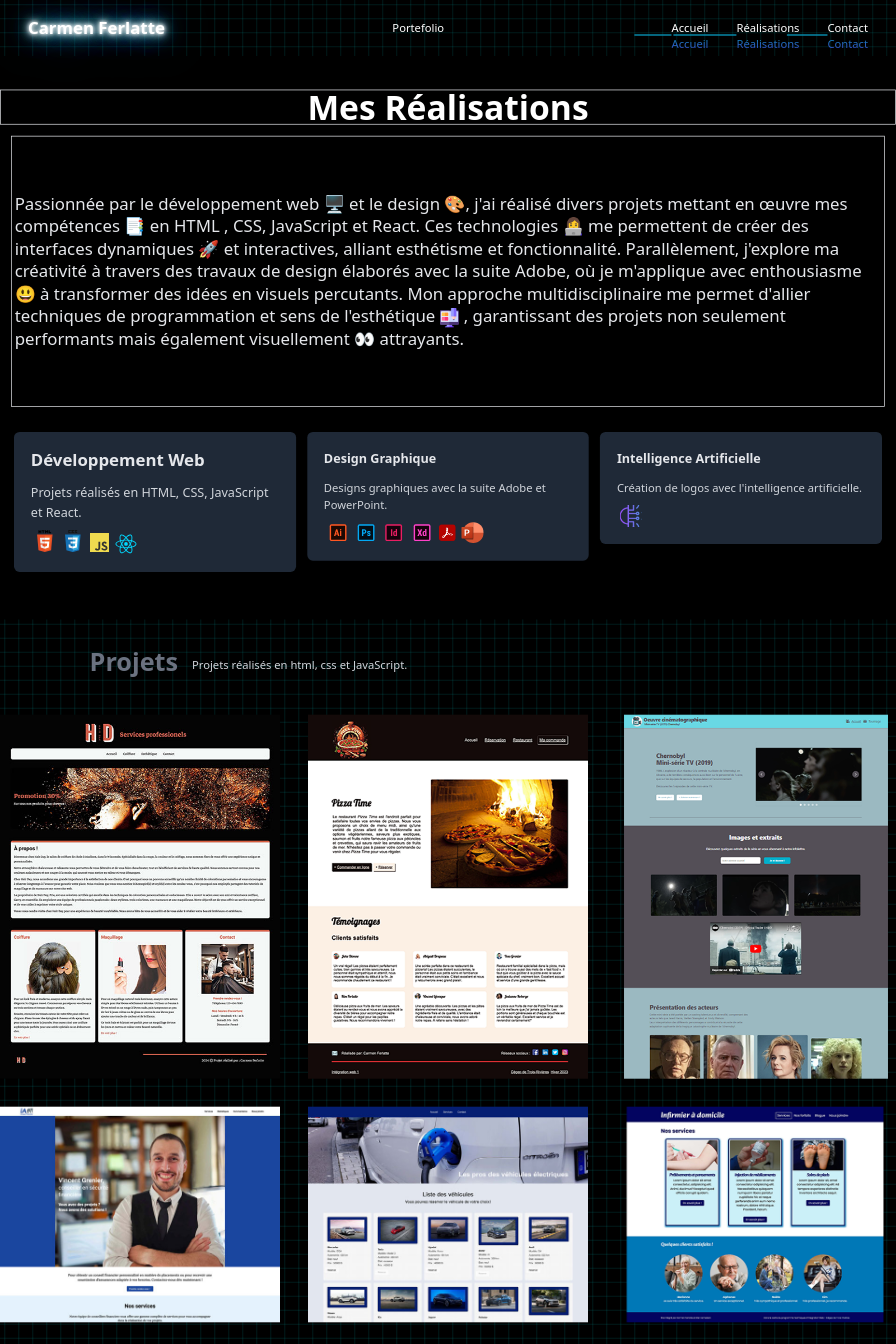
Repository: CarmenFerlatte/TP3__FerlatteCarmen
Page: realisations.html
An editor plug-in stored every save of this project. The page is shown before and after a run of saves, followed by the edit.
The browser window is 1280 px wide. The pictures show the part of the page from y = 0 to 1920 px (the page is 2937 px tall), at 70% of full size.
Some web libraries are served in a nearby version. The style sheet was rebuilt from its Sass, Less or Tailwind sources for each picture, by a compiler version that may differ from the author's.

Above is the page before, as saved 2024-08-22 11:27:32.
Console error: TypeError: Cannot read properties of null (reading 'addEventListener')

### realisations.html
<!DOCTYPE html>
<html lang="fr-ca">
<head>
    <meta charset="UTF-8">
    <meta name="viewport" content="width=device-width, initial-scale=1.0">
    <link href="https://cdn.jsdelivr.net/npm/tailwindcss@2.2.19/dist/tailwind.min.css" rel="stylesheet">
    <title>Mon Portefolio</title>
    <script src="https://cdn.tailwindcss.com"></script>
    <link href="https://cdn.jsdelivr.net/npm/tailwindcss@2.2.19/dist/tailwind.min.css" rel="stylesheet">
    <link rel="stylesheet" href="https://cdnjs.cloudflare.com/ajax/libs/font-awesome/6.4.0/css/all.min.css">
    <link rel="stylesheet" href="style/css/style.css">
    <link rel="apple-touch-icon" sizes="180x180" href="img/favicons/apple-touch-icon.png">
    <link rel="icon" type="image/png" sizes="32x32" href="img/favicons/favicon-32x32.png">
    <link rel="icon" type="image/png" sizes="16x16" href="img/favicons/favicon-16x16.png">
    <link rel="manifest" href="img/favicons/site.webmanifest">
    <script src="https://code.jquery.com/jquery-3.6.0.min.js"></script>
    <script src="js/navbar.js" defer></script>
    <script src="js/script.js" defer></script>
    <script src="js/header.js" defer></script>
    <script src="js/install.js" defer></script>
    <script>
        $(function(){
            $("#header").load("assets/php/header.html");
            $("#footer").load("assets/php/footer.html");
        });
    </script>
</head>

<body class="bg-black text-white h-dvh">
    <header id="header"></header>

<main>
    <section class="md:h-full bg-black text-white py-8 sm:py-11 lg:py-12">
         <h1 class="text-2xl md:text-3xl lg:text-4xl xl:text-5xl font-bold text-center mt-20 border">Mes Réalisations</h1>
    <div class="container flex justify-center items-center mx-auto px-4 py-10 sm:py-20 md:py-4">

        <p class="text-sm sm:text-md md:text-base lg:text-1xl xl:text-2xl leading-6 text-left lg:py-20 px-5 md:px-2 lg:px-1 2xl:px-0 text-gray-200 border">Passionnée par le développement web 🖥  et le design 🎨, j'ai réalisé divers projets mettant en œuvre mes compétences 📑  en HTML , CSS, JavaScript et React. Ces technologies 👩‍💻 me permettent de créer des interfaces dynamiques 🚀 et interactives, alliant esthétisme et fonctionnalité. Parallèlement, j'explore ma créativité à travers des travaux de design élaborés avec la suite Adobe, où je m'applique avec enthousiasme 😃  à transformer des idées en visuels percutants. Mon approche multidisciplinaire me permet d'allier techniques de programmation et sens de l'esthétique <span><img class="w-7 inline-block align-middle" src="img/icons/design_web.svg" alt="icone design web"></span> , garantissant des projets non seulement performants mais également visuellement 👀 attrayants.  </p>

    </div>

<div class="container mx-auto px-4 py-1 md:py-5 md:mb-0 mt-[-10px] md:mt-0">
    <div class="grid grid-cols-12 gap-4 flex items-stretch px-5 md:px-2 lg:px-1">
        <div class="col-span-12 md:col-span-6 lg:col-span-4">
            <a href="#projets" title="Voir les projets">
                <div class="relative group cursor-pointer bg-gray-800 p-6 rounded-lg shadow-lg hover:bg-gray-700 hover:shadow-xl transition duration-300">
                    <h3 class="text-lg md:text-1xl lg:text-2xl font-bold text-gray-200">Développement Web</h3>
                    <p class="text-base md:text-lg lg:text-1xl  text-gray-300 mt-4 mb-1">Projets réalisés en HTML, CSS, JavaScript et React.</p>
                    <p class="flex">
                        <img src="img/icons/html5_icon.svg" alt="HTML5 icône" class="w-8 h-8 mt-2 mx-1">
                        <img src="img/icons/css3_icon.svg" alt="CSS3 icône" class="w-8 h-8 mt-2 mx-1">
                        <img src="img/icons/javascript_icon.svg" alt="JavaScript icône" class="w-7 h-7 mt-3 mx-1">
                        <img src="img/icons/react_native_icon.svg" alt="React icône" class="w-8 h-8 mt-3 mx-1">
                    </p>
                </div>
            </a>
        </div>

        <div class="col-span-12 md:col-span-6 lg:col-span-4 flex flex-col">
            <a href="#galerie" title="Voir les designs" class="flex-grow">
                <div class="relative group cursor-pointer bg-gray-800 p-6 rounded-lg shadow-lg hover:bg-gray-700 hover:shadow-xl transition duration-300 flex flex-col">
                    <h3 class="sm:text-lg md:text-1xl text-2xl font-bold text-gray-200 group">Design Graphique</h3>
                    <p class="text-gray-300 mt-4 mb-1">Designs graphiques avec la suite Adobe et PowerPoint.</p>
                    <div class="flex">
                        <img src="img/icons/adobe-illustrator_icon.svg" alt="Illustrator icône" class="w-8 h-8 mt-2 mx-1">
                        <img src="img/icons/adobe_photoshop_icon.svg" alt="Photoshop icône" class="w-8 h-8 mt-2 mx-1">
                        <img src="img/icons/adobe_indesign_icon.svg" alt="InDesign icône" class="w-8 h-8 mt-2 mx-1">
                        <img src="img/icons/adobe-xd_icon.svg" alt="XD icône" class="w-8 h-8 mt-2 mx-1">
                        <img src="img/icons/Adobe_Acrobat_Reader_icon.svg" alt="Acrobat Reader icône" class="w-6 h-6 mt-3 mx-1">
                        <img src="img/icons/microsoft_powerpoint_icon.svg" alt="PowerPoint icône" class="w-8 h-8 mt-2 mx-1">
                    </div>
                </div>
            </a>
        </div>

        <div class="col-span-12 md:col-span-6 lg:col-span-4 flex flex-col">
            <a href="#galerie" title="Voir les projets" class="flex-grow">
                <div class="relative group cursor-pointer bg-gray-800 p-6 rounded-lg shadow-lg hover:bg-gray-700 hover:shadow-xl transition duration-300 flex flex-col">
                    <h3 class="sm:text-lg md:text-1xl text-2xl font-bold text-gray-200">Intelligence Artificielle</h3>
                    <p class="text-gray-300 mt-4 mb-1">Création de logos avec l'intelligence artificielle.</p>
                    <div class="flex">
                        <img src="img/icons/intelligence_artificielle_icon.svg" alt="PowerPoint icône" class="w-8 h-8 mt-2 mx-1">
                    </div>
                </div>
            </a>
        </div>
    </div>
</div>


    </section>

    <section class="cyber-grid md:mt-auto">
        <div class="max-w-screen-sm md:max-w-screen-md lg:max-w-screen-lg 2xl:max-w-screen-2xl mx-auto flex inlign-flex align-items pt-10"><h2 id="projets" class="text-2xl md:text-3xl lg:text-4xl font-bold text-gray-500 lg:text-3xl dark:text-white ml-10 sm:ml-0">Projets</h2>
        <p class="hidden max-w-screen-sm text-1xl text-gray-300 dark:text-gray-300 md:block pt-3 pl-5">
                Projets réalisés en html, css et JavaScript.
                </p></div>
    <div class="container mx-auto py-8 md:mt-2 px-2 md:px-2 lg:px-0">

        <div class="grid grid-cols-1 md:grid-cols-2 lg:grid-cols-3 gap-10 p-4 w-full mx-auto place-items-start px-10 sm:px-0">
            <img class="hover:opacity-75" src="img/screenshots/2024__projet__salon_de_coiffure.jpg" alt="image">
            <img class="hover:opacity-75" src="img/screenshots/2024__projet__restaurant.png" alt="image">
            <img class="hover:opacity-75" src="img/screenshots/2024__projet_cinema.png" alt="image">
            <img class="hover:opacity-75" src="img/screenshots/2024__projet__vincent_grenier_w600.jpg" alt="image">
            <img class="hover:opacity-75" src="img/screenshots/mon_premier_projet_react.jpg" alt="image">
            <img class="hover:opacity-75" src="img/screenshots/2023__projet__soins_infirmiers.png" alt="image">
        </div>
    </div>
</section>
    <section class="dark:bg-gray-800 h-full pt-16">
        <div class="flex items-center gap-12 max-w-screen-sm md:max-w-screen-md lg:max-w-screen-lg 2xl:max-w-screen-2xl mx-auto mb-0">
                <h2 id="galerie" class="text-2xl md-text-3xl lg:text-4xl font-bold text-gray-500 dark:text-white">Galerie</h2>

                <p class="hidden max-w-screen-sm text-1xl text-gray-300 dark:text-gray-300 md:block">
                Mes designs graphiques avec Adobe Illustrator, InDesign, Photoshop et PowerPoint de Microsoft Office.
                </p>
            </div>
    <div class="mx-auto h-auto max-w-screen-2xl px-4 md:px-8 mb-16 mt-[-40px] md:mt-auto">

        <div class="mb-4 flex items-center justify-between gap-8 sm:mb-8 md:mb-12">


            <!-- <a href=""
                class="inline-block rounded-lg border bg-white dark:bg-gray-700 dark:border-none px-4 py-2 text-center text-sm font-semibold text-gray-500 dark:text-gray-200 outline-none ring-indigo-300 transition duration-100 hover:bg-gray-100 focus-visible:ring active:bg-gray-200 md:px-8 md:py-3 md:text-base">
                More
            </a> -->
        </div>

        <div class="grid grid-cols-1 md:grid-cols-2 lg:grid-cols-3 mx-10 gap-4 md:gap-6 xl:gap-8">
            <!-- image - start -->
            <a href="https://le-redacteur-sportif.ca/harricana_trail_2023.html" title="Le Rédacteur Sportif" target="_blank" rel="noopener noreferrer"
                class="group relative flex items-end h-72 md:h-80 overflow-hidden rounded-lg bg-gray-100 shadow-lg">
                <img src="img/design/harricana_trail_80km__charlevoix__Vincent_Greniert.jpg" loading="lazy" alt="Projet Carmen Ferlatte Adobe InDesign (brochure)" class="absolute inset-0 h-full w-full object-cover object-center transition duration-200 group-hover:scale-110">

                <div
                    class="pointer-events-none absolute inset-0 bg-gradient-to-t from-gray-800 via-transparent to-transparent opacity-50">
                </div>

                <span class="relative ml-4 mb-3 inline-block text-sm text-white md:ml-5 md:text-lg">PowerPoint</span>
            </a>
            <!-- image - end -->

            <!-- image - start -->
            <div
                class="group relative flex items-end h-72 md:h-48 overflow-hidden rounded-lg bg-gray-100 shadow-lg md:h-80">
                <img src="img/design/05__affiche_bungee__Carmen_Ferlatte.jpg" loading="lazy" alt="Projet Carmen Ferlatte Adobe Illustrator (affiche)" class="absolute inset-0 h-full w-full object-cover object-center transition duration-200 group-hover:scale-110">

                <div
                    class="pointer-events-none absolute inset-0 bg-gradient-to-t from-gray-800 via-transparent to-transparent opacity-50">
                </div>

                <span class="relative ml-4 mb-3 inline-block text-sm text-white md:ml-5 md:text-lg">Illustrator + Photoshop + Mockup</span>
            </div>
            <!-- image - end -->

            <!-- image - start -->
            <div
                class="group relative flex items-end h-72 md:h-48 overflow-hidden rounded-lg bg-gray-100 shadow-lg md:h-80">
                <img src="img/design/exercice_inDesign__Carmen_Ferlatte.jpg" loading="lazy" alt="Photo by Magicle" class="absolute inset-0 h-full w-full object-cover object-center transition duration-200 group-hover:scale-110">

                <div
                    class="pointer-events-none absolute inset-0 bg-gradient-to-t from-gray-800 via-transparent to-transparent opacity-50">
                </div>

                <span class="relative ml-4 mb-3 inline-block text-sm text-white md:ml-5 md:text-lg">InDesign</span>
            </div>
            <!-- image - end -->

            <!-- image - start -->
            <a href="https://le-redacteur-sportif.ca/harricana_trail_2023.html" title="Le Rédacteur Sportif" target="_blank" rel="noopener noreferrer"
                class="group relative flex items-end h-72 md:h-48 overflow-hidden rounded-lg bg-gray-100 shadow-lg md:h-80">
                <img src="img/design/casquette__RS__w1200.jpg" loading="lazy" alt="Affiche médias sociaux PowerPoint / Carmen Ferlatte" class="absolute inset-0 h-full w-full object-cover object-center transition duration-200 group-hover:scale-110">

                <div
                    class="pointer-events-none absolute inset-0 bg-gradient-to-t from-gray-800 via-transparent to-transparent opacity-50">
                </div>

                <span class="relative ml-4 mb-3 inline-block text-sm text-white md:ml-5 md:text-lg">Photoshop + Mockup</span>
            </a>
            <!-- image - end -->

            <!-- image - start -->
            <div
                class="group relative flex h-72 md:h-48 items-end overflow-hidden rounded-lg bg-gray-100 shadow-lg md:h-80">
                <img src="img/design/projet__brochure__spa__450x345.jpg" loading="lazy" alt="Brochure InDesign et Mockup / Carmen Ferlatte" class="absolute inset-0 h-full w-full object-cover object-center transition duration-200 group-hover:scale-110">

                <div
                    class="pointer-events-none absolute inset-0 bg-gradient-to-t from-gray-800 via-transparent to-transparent opacity-50">
                </div>

                <span class="relative ml-4 mb-3 inline-block text-sm text-white md:ml-5 md:text-lg">InDesign / Mockup</span>
            </div>
            <!-- image - end -->
             <!-- image - start -->
            <div
                class="group relative flex h-72 md:h-48 items-end overflow-hidden rounded-lg bg-gray-100 shadow-lg md:h-80">
                <img src="img/design/logo_colley_carmen_ferlatte.jpg" loading="lazy" alt="Logo fait avec l'Intélligence artificielle / Carmen Ferlatte" class="absolute inset-0 h-full w-full object-cover object-center transition duration-200 group-hover:scale-110">

                <div
                    class="pointer-events-none absolute inset-0 bg-gradient-to-t from-gray-800 via-transparent to-transparent opacity-50">
                </div>

                <span class="relative ml-4 mb-3 inline-block text-sm text-white md:ml-5 md:text-lg">Intélligence artificielle</span>
            </div>
            <!-- image - end -->
        </div>
    </div>
</section>
</main>

   <footer id="footer" class="block clear-both mt-16"></footer>
</body>
</html>

### js/install.js
// Description: Script pour l'installation de la PWA

let deferedInstallPrompt = null;
    const installButton = document.getElementById('butInstall');

    installButton.addEventListener('click', installPWA);

    window.addEventListener('beforeInstallPrompt', afficherButtonInstall);

    function afficherBoutonInstall(evt) {
        deferedInstallPrompt = evt;
        installButton.removeAttribute('hidden');
    }

    function installPWA(evt) {
        deferedInstallPrompt.prompt();
        evt.srcElement.setAttribute('hidden', true);
        deferedInstallPrompt.userChoice
            .then((choice) => {
                if (choice.outcome === 'accepted') {
                    console.log("L'usager a installé la PWA VIA le mon bouton d'installation", choice);
                } else {
                    console.log("Lusager a refusé l'installation de la PWA VIA le boutton d'installation", choice);
                }
                deferedInstallPrompt = null;
            });

        function logAppInstalled(evt) {
            console.log("L'usager a installé la PWA VIA Les ... de Chrome");
    }
 };

### assets/php/header.html
<header>
  <nav class="bg-animated cyber-grid fixed w-full z-50">
    <div class="w-full mx-auto px-6 md:px-10">
      <div class="flex justify-between items-center py-6">
        <a
          href="index.html"
          class="text-xl sm:text-1xl lg:text-2xl font-bold neon-text glitch-effect"
          data-text="Carmen Ferlatte"
          >Carmen Ferlatte</a
        >
        <label for="menu-toggle">Portefolio</label>
        <input type="checkbox" id="menu-toggle" class="hidden" />
        <label for="menu-toggle" class="menu-icon cursor-pointer md:hidden">
          <span class="hamburger"></span>
        </label>
        <ul class="menu hidden md:flex md:items-center space-x-10">
          <li>
            <a href="index.html" class="nav-link" data-text="Accueil"
              >Accueil</a
            >
          </li>
          <li>
            <a
              href="realisations.html"
              class="nav-link"
              data-text="Réalisations"
              >Réalisations</a
            >
          </li>
          <li>
            <a href="contact.html" class="nav-link" data-text="Contact"
              >Contact</a
            >
          </li>
          <!-- <li><a href="#" class="bg-gradient-to-r from-cyan-500 to-blue-500 text-white font-bold py-2 px-4 rounded hover:from-cyan-600 hover:to-blue-600 transition-all duration-300">Sign Up</a></li> -->
        </ul>
      </div>
    </div>
  </nav>
</header>

### assets/php/footer.html
<footer class="cyber-grid">
    <div class="container mx-auto px-4 py-10">
        <p class="text-center text-white">© 2024 Carmen Ferlatte. Tous droits réservés.</p>
   </div>
</footer>

### style/sass/style.scss
@use "navbar" as *;

### style/sass/_navbar.scss
@keyframes neon-pulse {
    0%, 100% {
        text-shadow: 0 0 5px #fff, 0 0 10px #fff, 0 0 15px #fff, 0 0 20px #0891b2, 0 0 35px #0891b2, 0 0 40px #0891b2, 0 0 50px #0891b2, 0 0 75px #0891b2;
    }
    50% {
        text-shadow: 0 0 2px #fff, 0 0 5px #fff, 0 0 7px #fff, 0 0 10px #0891b2, 0 0 17px #0891b2, 0 0 20px #0891b2, 0 0 25px #0891b2, 0 0 37px #0891b2;
    }
}

.neon-text {
    animation: neon-pulse 1.5s infinite alternate;
}

.bg-animated {
    background: linear-gradient(-45deg, #000000, #1a1a1a, #000033, #003366);
    background-size: 400% 400%;
    animation: gradient 15s ease infinite;
}

@keyframes gradient {
    0% { background-position: 0% 50%; }
    50% { background-position: 100% 50%; }
    100% { background-position: 0% 50%; }
}

.cyber-grid {
    background-image:
        linear-gradient(rgba(0, 255, 255, 0.1) 1px, transparent 1px),
        linear-gradient(90deg, rgba(0, 255, 255, 0.1) 1px, transparent 1px);
    background-size: 20px 20px;
    animation: cyber-grid-move 20s linear infinite;
}

@keyframes cyber-grid-move {
    0% { background-position: 0 0; }
    100% { background-position: 20px 20px; }
}



.nav-link {
    position: relative;
    overflow: hidden;

        &::before {
            content: '';
            position: absolute;
            bottom: 0;
            left: 0;
            width: 100%;
            height: 2px;
            background-color: #0891b2;
            transform: translateX(-100%);
            transition: transform 0.3s ease;
        }

       &:hover::before {
            transform: translateX(0);
        }

        &::after {
            content: attr(data-text);
            position: absolute;
            top: 0;
            left: 0;
            width: 100%;
            height: 100%;
            display: flex;
            align-items: center;
            justify-content: center;
            transform: translateY(100%);
            background: linear-gradient(to bottom, #0891b2, #3e43cb);
            -webkit-background-clip: text;
            background-clip: text;
            -webkit-text-fill-color: transparent;
            transition: transform 0.3s ease;
        }

        &:hover::after {
            transform: translateY(0);
        }
}


.glitch-effect {
    position: relative;

    &::before,
    &::after {
        content: attr(data-text);
        position: absolute;
        top: 0;
        left: 0;
        width: 100%;
        height: 100%;
        opacity: 0.8;
    }

    &::before {
        left: 2px;
        text-shadow: -2px 0 #ff00de;
        clip: rect(24px, 550px, 90px, 0);
        animation: glitch-anim 3s infinite linear alternate-reverse;
    }

    &::after {
        left: -2px;
        text-shadow: -2px 0 #0891b2;
        clip: rect(85px, 550px, 140px, 0);
        animation: glitch-anim 2s infinite linear alternate-reverse;
    }

}



@keyframes glitch-anim {
    0% { clip: rect(39px, 9999px, 71px, 0); }
    20% { clip: rect(3px, 9999px, 5px, 0); }
    40% { clip: rect(6px, 9999px, 38px, 0); }
    60% { clip: rect(13px, 9999px, 43px, 0); }
    80% { clip: rect(44px, 9999px, 93px, 0); }
    100% { clip: rect(54px, 9999px, 47px, 0); }
}

#menu-toggle {
    &:checked {
        ~ .menu {
            display: block;
        }

        ~ .menu-icon {
            .hamburger {
                transform: rotate(45deg);

                &::before {
                    transform: translateY(8px) rotate(90deg);
                }

                &::after {
                    transform: translateY(-8px) rotate(90deg);
                }
            }
        }
    }
}

.hamburger,
.hamburger::before,
.hamburger::after {
    content: '';
    display: block;
    background: #0891b2;
    height: 3px;
    width: 30px;
    transition: transform 0.5s cubic-bezier(0.23, 1, 0.32, 1);
}

.hamburger {
    &::before {
        transform: translateY(-8px);
    }

    &::after {
        transform: translateY(8px);
    }
}

@media (max-width: 768px) {
    .menu {
        position: fixed;
        top: 60px;
        left: 0;
        right: 0;
        width: 100%;
        height: 0;
        background: rgba(0, 0, 0, 0.9);
        overflow: hidden;
        transition: height 0.5s cubic-bezier(0.23, 1, 0.32, 1);
        text-align: right;
        padding-right: 20px;
        padding-top: 20px;

        a {
            display: block;
            font-size: 1.2rem;
            padding: 10px 0;
            text-decoration: underline 2px #0891b2;

            &:hover {
                color: #0891b2;
                text-decoration: none;
                cursor: pointer;
            }
        }
    }

    #menu-toggle:checked ~ .menu {
        height: calc(100vh - 60px);
    }
}

@media (max-width: 640px) {
    .no-glitch {
        animation: none !important;
    }
}

/*-------------Invisible Navbar-------------*/

.navbar-hidden {
    transform: translateY(-100%);
    transition: transform 0.3s ease-in-out;
}

Loaded but not shown: js/script.js (33 lines, source omitted); js/navbar.js (30 lines, source omitted); js/header.js (32 lines, source omitted)

After the next 2 saves:
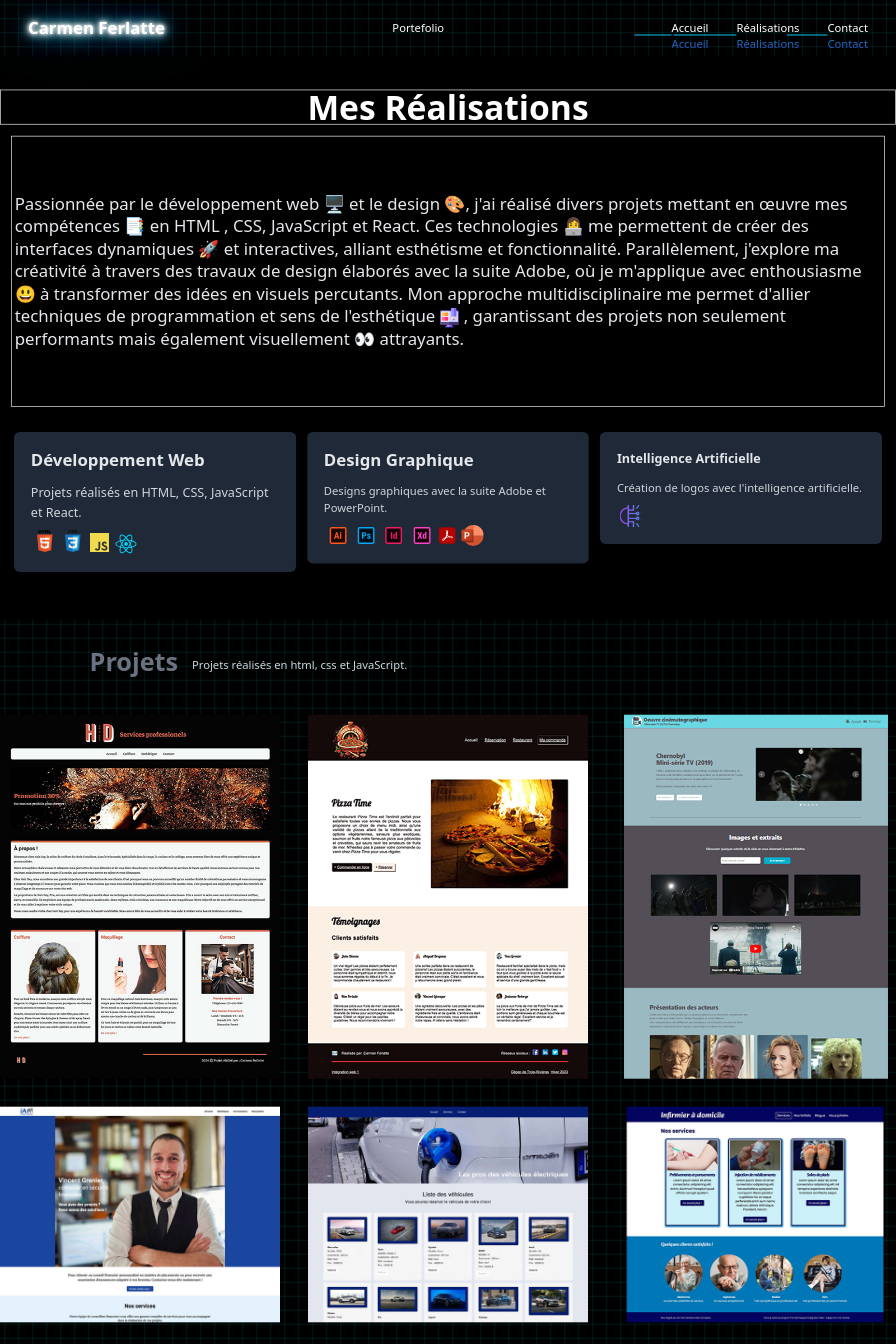
The 2 saves are shown as one change because they came seconds apart.
The last was saved 26 s later.
--- a/realisations.html
+++ b/realisations.html
@@ -58,8 +58,8 @@
         <div class="col-span-12 md:col-span-6 lg:col-span-4 flex flex-col">
             <a href="#galerie" title="Voir les designs" class="flex-grow">
                 <div class="relative group cursor-pointer bg-gray-800 p-6 rounded-lg shadow-lg hover:bg-gray-700 hover:shadow-xl transition duration-300 flex flex-col">
-                    <h3 class="sm:text-lg md:text-1xl text-2xl font-bold text-gray-200 group">Design Graphique</h3>
-                    <p class="text-gray-300 mt-4 mb-1">Designs graphiques avec la suite Adobe et PowerPoint.</p>
+                    <h3 class="text-lg md:text-1xl lg:text-2xl font-bold text-gray-200 group">Design Graphique</h3>
+                    <p class=" text-gray-300 mt-4 mb-1">Designs graphiques avec la suite Adobe et PowerPoint.</p>
                     <div class="flex">
                         <img src="img/icons/adobe-illustrator_icon.svg" alt="Illustrator icône" class="w-8 h-8 mt-2 mx-1">
                         <img src="img/icons/adobe_photoshop_icon.svg" alt="Photoshop icône" class="w-8 h-8 mt-2 mx-1">
